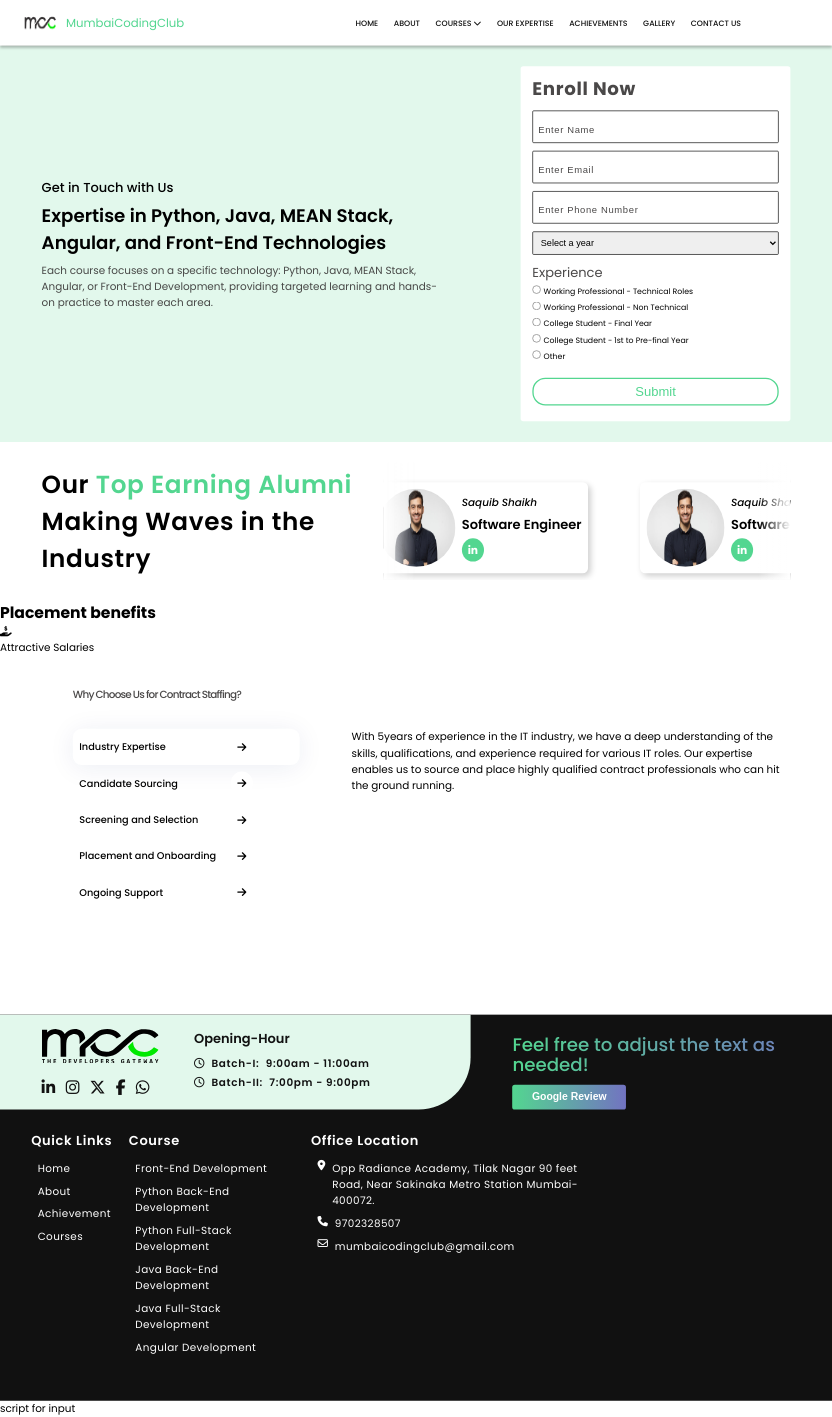
Repository: msmsa2001/mcc-theme
Page: contact.html
An editor plug-in stored every save of this project. The page is shown before and after the next save, followed by the edit.
The browser window is 1280 px wide. The pictures show the whole page, at 65% of full size.
Pictures or frames that could not be fetched are drawn as grey boxes.

Above is the page before, as saved 2024-07-26 04:01:17.
Console error: TypeError: Cannot read properties of null (reading 'querySelector')

### contact.html
<!DOCTYPE html>
<html lang="en">
<head>
    <meta charset="UTF-8">
    <meta name="viewport" content="width=device-width, initial-scale=1.0">
    <title>Contact</title>
    <link rel="stylesheet" href="global.css">
    <link rel="stylesheet" href="contact.css">
    <link rel="stylesheet" href="https://cdnjs.cloudflare.com/ajax/libs/font-awesome/6.5.2/css/all.min.css" integrity="sha512-SnH5WK+bZxgPHs44uWIX+LLJAJ9/2PkPKZ5QiAj6Ta86w+fsb2TkcmfRyVX3pBnMFcV7oQPJkl9QevSCWr3W6A==" crossorigin="anonymous" referrerpolicy="no-referrer" />

</head>
<body>
    <nav>
        <div class="wrapper-nav">
            <div class="logo"><a href="index.html"><img src="assests/favicon.png" alt="">MumbaiCodingClub</a></div>
            <input type="radio" name="slider" id="menu-btn">
            <input type="radio" name="slider" id="close-btn">
            <ul class="nav-links">
                <label for="close-btn" class="btn close-btn"><i class="fas fa-times"></i></label>
                <li><a href="index.html">HOME</a></li>
                <li><a href="about.html">ABOUT</a></li>
                <li>
                    <a href="#" class="desktop-item">COURSES <i class="fa-solid fa-chevron-down"></i></a>
                    <input type="checkbox" id="showServicesDrop">
                    <label for="showServicesDrop" class="mobile-item">COURSES</label>
                    <ul class="drop-menu">
                        <li><a href="course.html">Front-End Development</a></li>
                        <li><a href="xI.html">Back-End Python Development</a></li>
                        <li><a href="xII.html">Full-Stack Python Development</a></li>
                        <li><a href="neet.html">Angular</a></li>
                        <li><a href="dropers.html">Back-End Java Development</a></li>
                        <li><a href="Integrated.html">Full-Stack Java Development</a></li>
                        <li><a href="repeater.html">MEAN</a></li>
                    </ul>
                </li>
                <li><a href="gallery.html">Our Expertise</a></li>
                <li><a href="achievement.html">ACHIEVEMENTS</a></li>
                <li><a href="gallery.html">GALLERY</a></li>
                <li><a href="contact.html">CONTACT US</a></li>
            </ul>
            <label for="menu-btn" class="btn menu-btn"><i class="fas fa-bars"></i></label>
        </div>
    </nav>

    <div class="container1">
        <div class="sec1">
            <h3>Get in Touch with Us</h3>
            <h1>Expertise in Python, Java, MEAN Stack, Angular, and Front-End Technologies</h1>
            <p>Each course focuses on a specific technology: Python, Java, MEAN Stack, Angular, or Front-End Development, providing targeted learning and hands-on practice to master each area.

            </p>
        </div>
        <div class="sec2">
            <form action="">
                <h2>Enroll Now</h2>
                <input type="text" name="fullname" id="name" placeholder="Enter Name">
                <input type="email" name="email" id="email" placeholder="Enter Email">
                <input type="phone" name="phone" id="phone" placeholder="Enter Phone Number">
                <select id="year" name="year">
                    <option value="" disabled selected>Select a year</option>
                </select>
                <div class="experience">
                    <label id="experience">Experience</label>
                    <div class="radio-sec">
                    <input type="radio" name="experience" id="tech_role" value="Working Professional - Technical Roles">
                    <label for="">Working Professional - Technical Roles</label>
                </div>

                <div class="radio-sec">
                    <input type="radio" name="experience" id="none_tect_role" value="Working Professional - Non Technical">
                    <label for="">Working Professional - Non Technical</label>
                </div>

                <div class="radio-sec">
                    <input type="radio" name="experience" id="final_year" value="College Student - Final Year">
                    <label for="">College Student - Final Year</label>
                </div>

                <div class="radio-sec">
                    <input type="radio" name="experience" id="pre-finale_year" value="College Student - 1st to Pre-final Year">
                    <label for="">College Student - 1st to Pre-final Year</label>
                </div>
                <div class="radio-sec">
                    <input type="radio" name="experience" id="other" value="Other">
                    <label for="">Other</label>
                </div>

                </div>

                <button>Submit</button>

            </form>
        </div>
    </div>

    <div class="container2">
        <div class="title">
            <p>Our <span style="color: var(--text-color);">Top Earning Alumni<br></span> Making Waves in the <br>Industry</p>
        </div>
    <div class="logos">
        <div class="logos-slide">

            <div class="card1">
                <img src="assests/person.jpg" alt="">
                <div class="content">
                    <p class="name">Saquib Shaikh</p>
                    <p class="designation">Software Engineer</p>
                    <a href=""><i class="fa-brands fa-linkedin-in"></i></a>
                </div>
            </div>

            <div class="card1">
                <img src="assests/person.jpg" alt="">
                <div class="content">
                    <p class="name">Saquib Shaikh</p>
                    <p class="designation">Software Engineer</p>
                    <a href=""><i class="fa-brands fa-linkedin-in"></i></a>
                </div>
            </div>


            <div class="card1">
                <img src="assests/person.jpg" alt="">
                <div class="content">
                    <p class="name">Saquib Shaikh</p>
                    <p class="designation">Software Engineer</p>
                    <a href=""><i class="fa-brands fa-linkedin-in"></i></a>
                </div>
            </div>


            <div class="card1">
                <img src="assests/person.jpg" alt="">
                <div class="content">
                    <p class="name">Saquib Shaikh</p>
                    <p class="designation">Software Engineer</p>
                    <a href=""><i class="fa-brands fa-linkedin-in"></i></a>
                </div>
            </div>


            <div class="card1">
                <img src="assests/person.jpg" alt="">
                <div class="content">
                    <p class="name">Saquib Shaikh</p>
                    <p class="designation">Software Engineer</p>
                    <a href=""><i class="fa-brands fa-linkedin-in"></i></a>
                </div>
            </div>

            <div class="card1">
                <img src="assests/person.jpg" alt="">
                <div class="content">
                    <p class="name">Saquib Shaikh</p>
                    <p class="designation">Software Engineer</p>
                    <a href=""><i class="fa-brands fa-linkedin-in"></i></a>
                </div>
            </div>

            <div class="card1">
                <img src="assests/person.jpg" alt="">
                <div class="content">
                    <p class="name">Saquib Shaikh</p>
                    <p class="designation">Software Engineer</p>
                    <a href=""><i class="fa-brands fa-linkedin-in"></i></a>
                </div>
            </div>

            <div class="card1">
                <img src="assests/person.jpg" alt="">
                <div class="content">
                    <p class="name">Saquib Shaikh</p>
                    <p class="designation">Software Engineer</p>
                    <a href=""><i class="fa-brands fa-linkedin-in"></i></a>
                </div>
            </div>
        </div>
      </div>
    </div>

    <div class="container3">
        <h2 id="title">Placement benefits</h2>
        <div class="sec1">
            <div class="card">
                <i class="fa-solid fa-hand-holding-dollar"></i>
                <p>Attractive Salaries</p>
            </div>
        </div>
    </div>
    <div class="container8">
        <p class="title">Why Choose Us for Contract Staffing?</p>
        <div class="inner-sec">
        <div class="sec-1">
            <div class="row1 tab-button active" data-tab="tab1" onclick="openTab('tab1')">
                <p class="content">Industry Expertise</p>
                <i class="fa-solid fa-arrow-right"></i>
            </div>
            <div class="row1 tab-button" data-tab="tab2" onclick="openTab('tab2')">
                <p class="content">Candidate Sourcing </p>
                <i class="fa-solid fa-arrow-right"></i>
            </div>
            <div class="row1 tab-button" data-tab="tab3" onclick="openTab('tab3')">
                <p class="content">Screening and Selection</p>
                <i class="fa-solid fa-arrow-right"></i>
            </div>
            <div class="row1 tab-button" data-tab="tab4" onclick="openTab('tab4')">
                <p class="content">Placement and Onboarding </p>
                <i class="fa-solid fa-arrow-right"></i>
            </div>
            <div class="row1 tab-button" data-tab="tab5" onclick="openTab('tab5')">
                <p class="content">Ongoing Support </p>
                <i class="fa-solid fa-arrow-right"></i>
            </div>
        </div>
        <div class="sec-2">
           <p id="tab1" class="tab active"> With 5years of experience in the IT industry, we have a deep understanding of the skills, qualifications, and experience required for various IT roles. Our expertise enables us to source and place highly qualified contract professionals who can hit the ground running.</p>
           <p id="tab2" class="tab">Leveraging our extensive network of IT professionals, we have access to a diverse talent pool comprising developers, engineers, analysts, project managers, and more. Whether you need temporary staff for a specific project or to cover peak workloads, we have the resources to meet your needs.</p>
           <p id="tab3" class="tab">We recognize the importance of agility and flexibility in today's fast-paced business environment. Our contract staffing solutions allow you to scale your workforce up or down quickly in response to changing business demands, without the long-term commitment of permanent hires.</p>
           <p id="tab4" class="tab">Contract staffing offers a cost-effective solution for managing fluctuating workloads and specialized projects. By hiring contract professionals on a temporary basis, you can avoid the overhead costs associated with full-time employees, such as benefits, training, and severance.</p>
           <p id="tab5" class="tab">Our streamlined recruitment process ensures a seamless experience from job requisition to candidate placement. We handle all aspects of the staffing process, including sourcing, screening, interviewing, onboarding, and payroll administration, allowing you to focus on your core business priorities.</p>
        </div>
    </div>
    </div>
    <footer>
        <div class="section1">
        <div class="content">
          <div class="sec">
            <div class="sec-logo">
            <img src="assests/logos/MCC logo.svg" alt="">
            <div class="row2">
              <i class="fa-brands fa-linkedin-in"></i>
              <i class="fa-brands fa-instagram"></i>
              <i class="fa-brands fa-x-twitter"></i>
              <i class="fa-brands fa-facebook-f"></i>
              <i class="fa-brands fa-whatsapp"></i>
            </div>
          </div>
            <div class="sec-content">
              <p>Opening-Hour</p>
              <div class="row"><i class="fa-regular fa-clock"></i> Batch-I: <span>9:00am - 11:00am </span>
              </div>
              <div class="row"><i class="fa-regular fa-clock"></i> Batch-II: <span>7:00pm - 9:00pm </span>
              </div>

            </div>
          </div>
        </div>
        <div class="google-review">
        <p>Feel free to adjust the text as needed!</p>
        <button>Google Review</button>
      </div>
      </div>

        <div class="links">
        <div class="col">
          <p>Quick Links</p>
          <ul>
            <li><a href="">Home</a></li>
            <li><a href="">About</a></li>
            <li><a href="">Achievement</a></li>
            <li><a href="">Courses</a></li>
          </ul>
        </div>

        <div class="col">
          <p>Course</p>
          <ul>
            <li><a href="">Front-End Development</a></li>
            <li><a href="">Python Back-End Development</a></li>
            <li><a href="">Python Full-Stack Development</a></li>
            <li><a href="">Java Back-End Development</a></li>
            <li><a href="">Java Full-Stack Development</a></li>
            <li><a href="">Angular Development</a></li>
          </ul>
        </div>

        <div class="col">
          <p>Office Location</p>
          <ul class="location">
            <li><a href=""><i class="fa-solid fa-location-dot"></i>
            <p>Opp Radiance Academy, Tilak Nagar 90 feet Road, Near Sakinaka Metro Station Mumbai-400072.</p></a></li>
            <li><a href=""><i class="fa-solid fa-phone"></i>9702328507</a></li>
            <li><a href=""><i class="fa-regular fa-envelope"></i>mumbaicodingclub@gmail.com</a></li>
          </ul>
        </div>
        <iframe src="https://www.google.com/maps/embed?pb=!1m18!1m12!1m3!1d7540.350352211677!2d72.88528653657487!3d19.099969516685178!2m3!1f0!2f0!3f0!3m2!1i1024!2i768!4f13.1!3m3!1m2!1s0x3be7c87a7b146d75%3A0x76380d8179575d82!2sLokmanya%20Tilak%20Nagar%2C%20Saki%20Naka%2C%20Mumbai%2C%20Maharashtra!5e0!3m2!1sen!2sin!4v1721714563501!5m2!1sen!2sin" width="300" height="400" style="border:0;" allowfullscreen="" loading="lazy" referrerpolicy="no-referrer-when-downgrade"></iframe>
      </footer>


      script for input
      <script>
        // Get all input fields
        const inputs = document.querySelectorAll('.input');

        // Add event listener to each input field
        inputs.forEach(input => {
            // When input field receives focus (typing begins)
            input.addEventListener('focus', function() {
                // Change bottom border color
                this.style.borderBottomColor = 'black';
                this.style.fontSize='12px'
            });

            // When input field loses focus (typing ends)
            input.addEventListener('blur', function() {
                // Change bottom border color back to default
                this.style.borderBottomColor = 'black';
            });
        });
    </script>

      <script>
        const startYear = 2000;
        const endYear = 2030;
        const yearDropdown = document.getElementById('year');

        for (let year = startYear; year <= endYear; year++) {
          const option = document.createElement('option');
          option.value = year;
          option.text = year;
          yearDropdown.appendChild(option);
        }
      </script>
      <script src="mcc.js"></script>
</body>
</html>

### contact.css
@import url('https://fonts.googleapis.com/css2?family=Poppins:ital,wght@0,100;0,200;0,300;0,400;0,500;0,600;0,700;0,800;0,900;1,100;1,200;1,300;1,400;1,500;1,600;1,700;1,800;1,900&display=swap');
*{
    margin: 0;
    padding: 0;
    box-sizing: border-box;
}
:root{
    --color1:#E8F7F2;
    --color2: #E2F8EC;
    --text-color:#53D690;
    --text-color2:#7273C1;
    --black-color:rgb(17, 17, 17);
    --font-size1: 20px;
    --font-size2:28px;
    --font-size3: 38px;
    --font-size4:14px;
    --font-size4:16px;
    --white-color1:#F7F1FD;
    --white-color2:rgba(255, 255, 255, 0.9);
    --black-color1:#363434e6;
}
body{
    overflow-x: hidden;
    font-family: 'poppins';
}

.container1{
    position: relative;
    background: var(--color2);
    display: flex;
    justify-content: center;
    align-items: center;
    /* height: 90vh; */
    padding: 2rem 4rem 2rem;
    gap: 2rem;
}
.container1 .sec1{
    padding-right: 5rem;
}
.container1 .sec1 h3{
    font-size: var(--font-size1);
    font-weight: 500;
}
.container1 .sec1 p{
    color: var(--black-color1);
    font-size: var(--font-size4);
}
.container1 .sec1 h1{
    font-size: var(--font-size2);
    font-weight: 600;
    margin: 8px 0;
}
.container1 .sec2 form{
    background: #fff;
    padding: 14px 18px;
    width: max-content;
    display: flex;
    flex-direction: column;
    gap: 12px;
    border-radius: 4px;
}
.container1 .sec2 form input, .container1 .sec2 form select{
    padding: 8px;
    border: 1px solid black;
    border-radius: 2px;
    font-size: 14px;
}
.container1 .sec2 form input::placeholder, .container1 .sec2 form select::placeholder,.container1 .sec2 form option{
    font-size: 14.50px;
    color: var(--black-color1);
}
.container1 .sec2 form input, .container1 .sec2 h2{
    letter-spacing: 1px;
    font-size: var(--font-size2);
    color: var(--black-color1);
}
.container1 .sec2 form .experience label{
    font-size: 12px;

}
.container1 .sec2 form #experience{
    font-size: var(--font-size1);
    color: var(--black-color1);
    margin: 15px 0;
}
.container1 .sec2 form button{
    width: auto;
    background: #fff;
    padding: 8px;
    border-radius: 20px;
    color: var(--text-color);
    font-size: 20px;
    margin: 10px 0;
    font-weight: 500;
    border: 2px solid var(--text-color);
    cursor: pointer;
}




.container2{
    display: grid;
    grid-template-columns: auto auto;
    gap: 3rem;
    padding: 2rem 4rem;
}
.container2 .title{
    display: flex;
    align-items: center;
}
.container2 .title p{
font-size: var(--font-size3);
letter-spacing: 1px;
font-weight: 600;
}
.logos {
    overflow: hidden;
    padding: 30px 0 0;
    background: white;
    white-space: nowrap;
    position: relative;
    display: grid;
    grid-template-columns: auto;
}

.logos .logos-slide .card1{
    background: #fff;
    box-shadow: 4px 4px 10px rgba(0, 0, 0, 0.2);
    padding: 10px;
    margin-bottom: 10px;
    display: flex;
    gap: 10px;
    border-radius: 8px;
}
.logos .logos-slide .card1 img{
    border-radius: 50%;
    width: 120px;
    height: 120px;
}
.logos .logos-slide .card1 .content{
    display: flex;
    justify-content: center;
    /* align-items: scenter; */
    flex-direction: column;
    gap: 6px;
}
.logos .logos-slide .card1 .content .name{
    font-size: var(--black-color1);
    font-style: italic;
    font-size: var(--font-size4);
    font-weight: 500;
}
.logos .logos-slide .card1 .content .designation{
    font-size: var(--black-color1);
    font-size: var(--font-size1);
    font-weight: 600;
}
.logos .logos-slide .card1 .content a i{
    color: #fff;
    background: var(--text-color);
    padding: 10px;
    border-radius: 50%;
}
.logos:before,
.logos:after {
    position: absolute;
    top: 0;
    width: 50px;
    height: 100%;
    content: "";
    z-index: 2;
}

.logos:before {
    left: 0;
    background: linear-gradient(to left, rgba(255, 255, 255, 0), white);
}

.logos:after {
    right: 0;
    background: linear-gradient(to right, rgba(255, 255, 255, 0), white);
}

.logos-slide {
    display: flex;
    width: max-content;
    animation: 35s slide infinite linear;
}

.card1 {
    display: inline-block;
    margin: 0 40px;
}

.card1 img {
    width: 170px;
}

@media screen and (max-width: 800px) {
    .card1 img {
        width: 150px;
        margin: 0 30px;
    }

    .logos:before {
        left: 0;
        background: none;
    }

    .logos:after {
        right: 0;
        background: none;
    }
}

@media screen and (max-width: 500px) {
    .card1 img {
        width: 90px;
        margin: 0 20px;
    }
}

@keyframes slide {
    0% {
        transform: translateX(0);
    }
    100% {
        transform: translateX(-100%);
    }
}


.container8 {
    padding: 2.3rem 5rem 8rem 7rem;
  }
  .container8 .inner-sec {
    display: grid;
    grid-template-columns: auto auto;
    gap: 5rem;
    padding-bottom: 2rem;
  }
  .container8 .inner-sec .sec-1 .row1 {
    display: flex;
    align-items: center;
    justify-content: space-between;
    gap: 1.4rem;
    padding: 10px 4.5rem 10px 10px;
    transition: all 0.2s;
    cursor: pointer;
  }
  .container8 .inner-sec .sec-1 .row1 i {
    background-color: #fff;
    padding: 10px;
    border-radius: 50%;
    font-size: 16px;
  }
  .container8 .inner-sec .row1 .content {
    font-size: 15px;
    font-weight: 500;
    color: #000000;
  }
  .container8 .title {
    color: var(--black-color1);
    font-size: var(--titleSize);
    font-weight: 500;
    line-height: 45px;
    letter-spacing: -1.2px;
    padding: 0 2rem 30px 0;
  }
  .container8 .inner-sec .sec-2 .para {
    color: #000;
    font-size: 18px;
    line-height: 34px;
  }
  .container8 .inner-sec .sec-1 .row1:hover {
    background-color: #fff;
    border-radius: 14px;
    box-shadow: 0 4px 40px 0 rgba(1, 41, 112, 0.08);
  }
  .tab {
    display: none;
  }
  .tab.active {
    display: block;
  }
  .tab-button.active {
    box-shadow: 0 4px 40px 0 rgba(1, 41, 112, 0.08);
    background-color: #fff;
    border-radius: 14px;

  }
  .tab-button {
    cursor: pointer;
  }
  .tab-container {
    margin-bottom: 20px;
  }

Loaded but not shown: mcc.js (65 lines, source omitted); global.css (432 lines, source omitted)

After the next save:
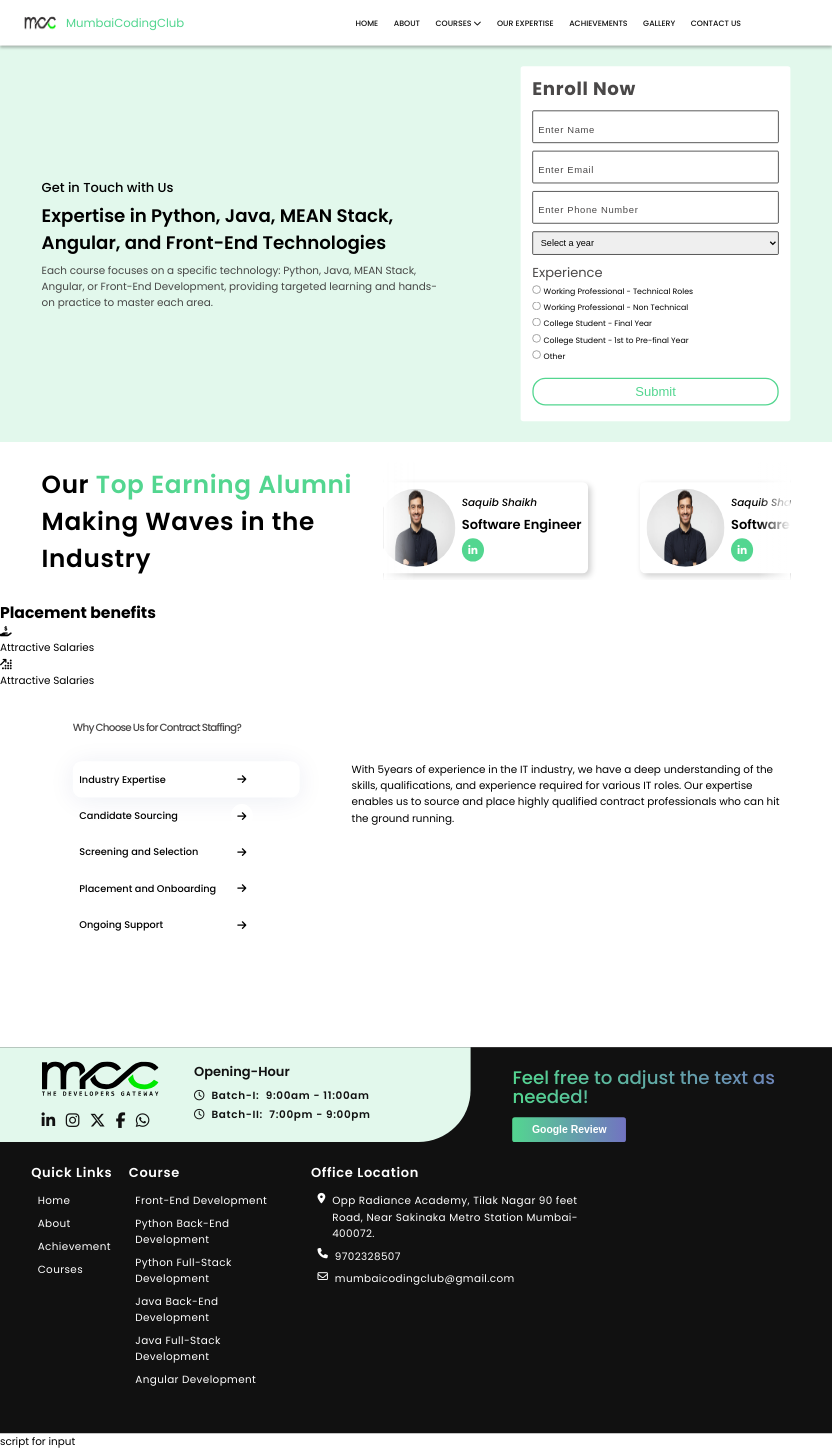
Saved 7 min 12 s later.
--- a/contact.html
+++ b/contact.html
@@ -185,7 +185,13 @@
                 <i class="fa-solid fa-hand-holding-dollar"></i>
                 <p>Attractive Salaries</p>
             </div>
-        </div>
+
+            <div class="card">
+                <i class="fa-solid fa-arrow-up-right-dots"></i>
+                <p>Attractive Salaries</p>
+            </div>
+        </div>
+
     </div>
     <div class="container8">
         <p class="title">Why Choose Us for Contract Staffing?</p>
